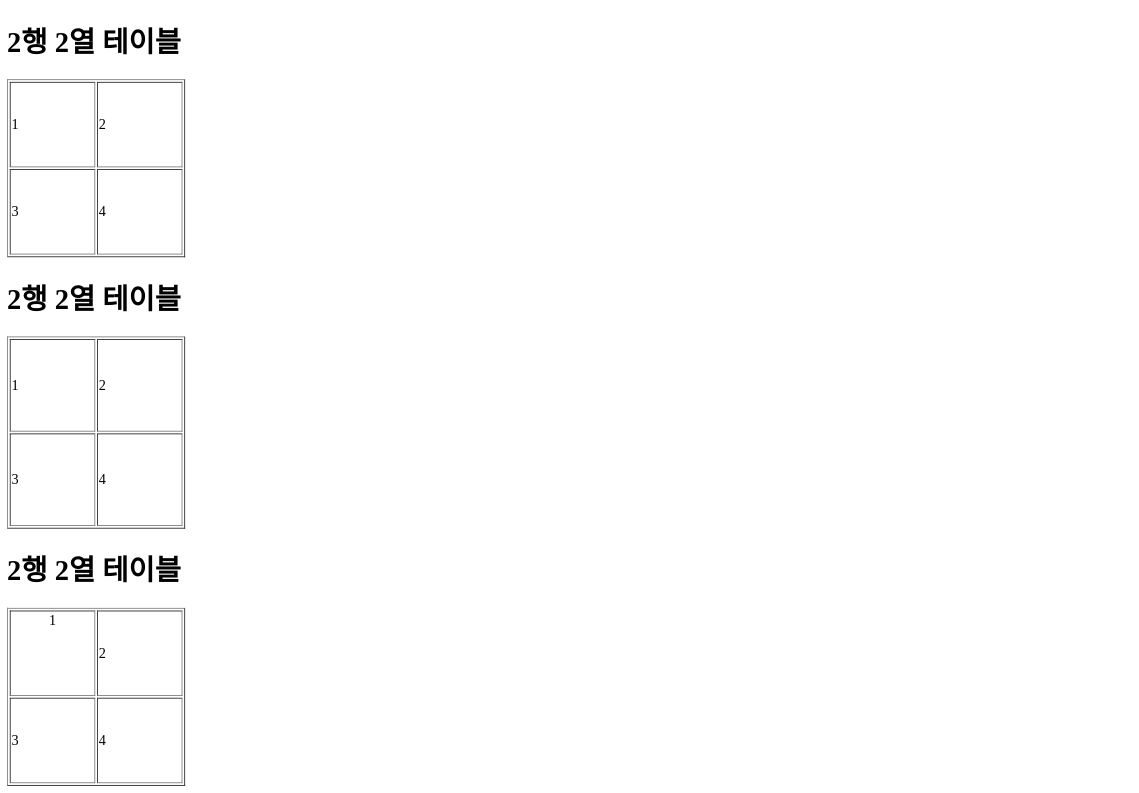
Repository: sujin9335/Front-end
Page: ClientTest/src/main/webapp/html/ex15_table.html
These files come from the project's save history. The page is drawn as it stood at one moment and after the next save; the edit follows.
The browser window is 1280 px wide. The pictures show the whole page, at 89% of full size.

Above is the page before, as saved 2023-09-21 00:37:05.

After the next save:
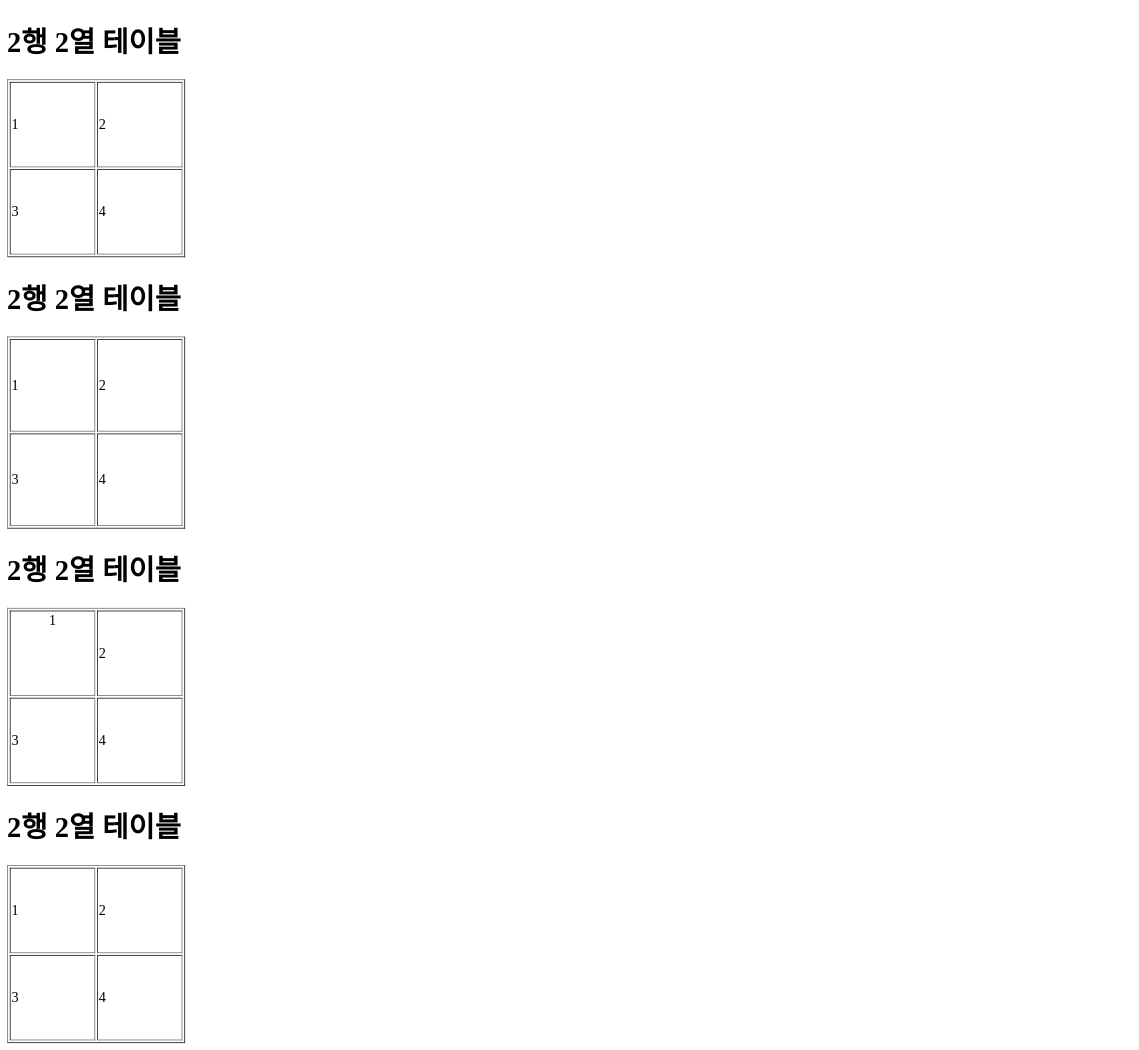
Saved 79 s later.
--- a/ClientTest/src/main/webapp/html/ex15_table.html
+++ b/ClientTest/src/main/webapp/html/ex15_table.html
@@ -71,5 +71,20 @@
 
 
 
+	<h1>2행 2열 테이블</h1>
+	<table border="1" width="200" height="200" becolor="yellow">
+		<tr>
+			<td>1</td>
+			<td>2</td>
+		</tr>
+		<tr>
+			<td>3</td>
+			<td>4</td>
+		</tr>
+	</table>
+
+
+
+
 </body>
 </html>
